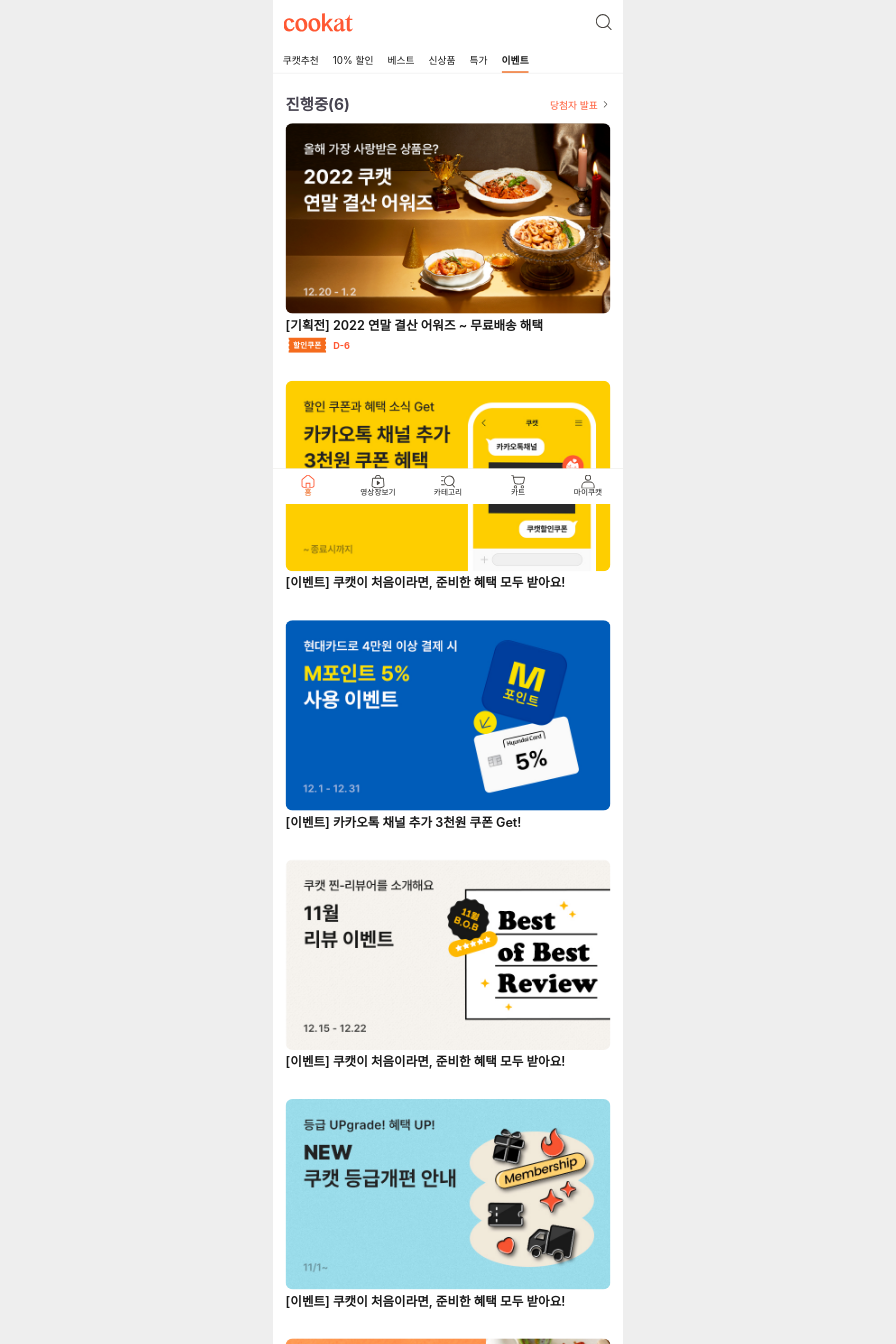
Repository: CooKat/Cookat
Page: event.html
An editor plug-in stored every save of this project. The page is shown before and after the next save, followed by the edit.
The browser window is 1280 px wide. The pictures show the part of the page from y = 0 to 1920 px (the page is 3103 px tall), at 70% of full size.
A picture or video elsewhere on the page could not be fetched, so the positions and the page height are approximate. Some web fonts or font styles are not loaded; a fallback is used.

Above is the page before, as saved 2022-12-27 21:12:17.
Not found: js/ex1.js

After the next save:
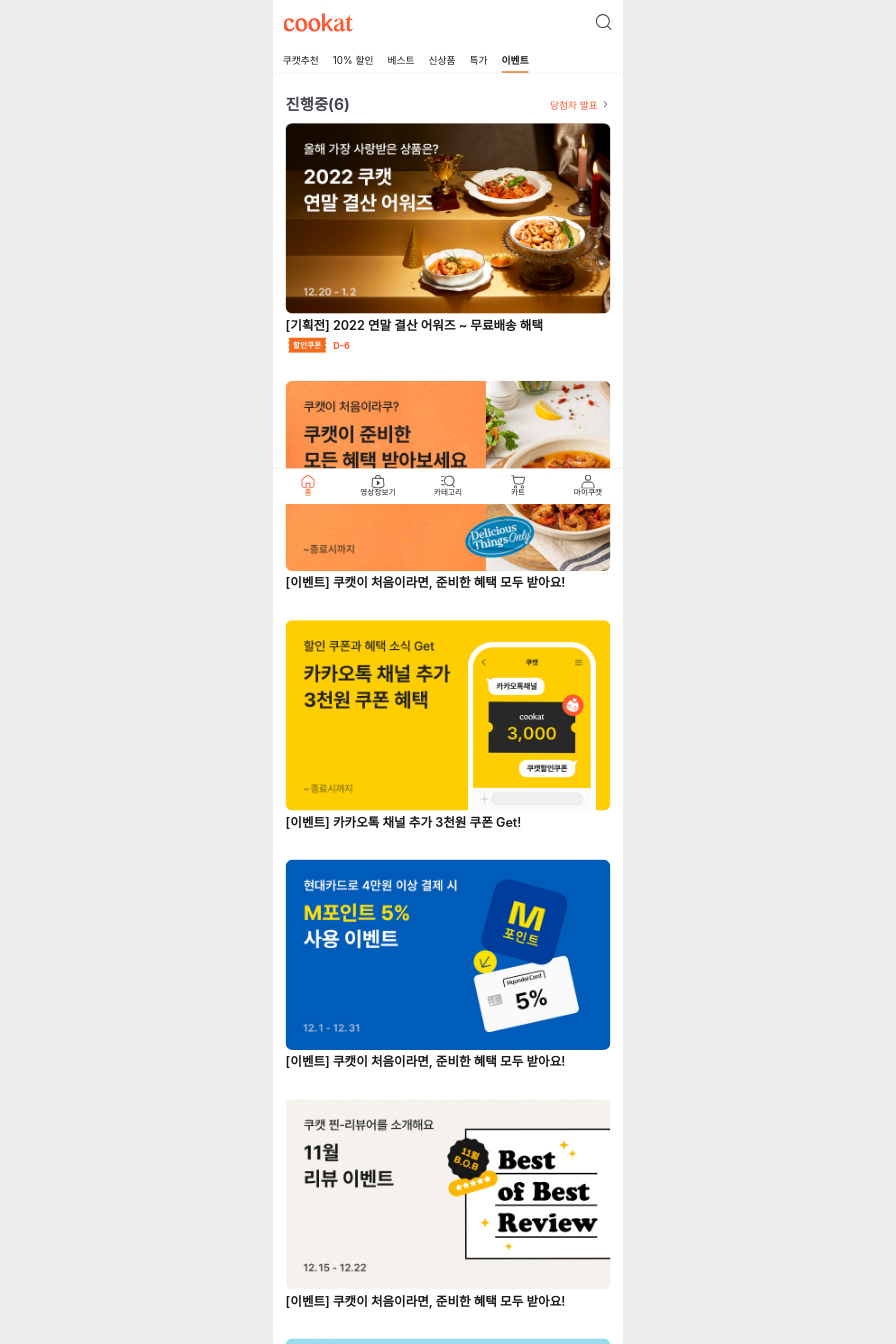
Saved 27 s later.
--- a/event.html
+++ b/event.html
@@ -75,15 +75,22 @@
 
           <div class="item-list">
             <div class="item-list-item">
+              <img src="./images/event2.jpg">
+              <h2 class="item-list-title">[이벤트] 쿠캣이 처음이라면, 준비한 혜택 모두 받아요!</h2>
+            </div>
+          </div>
+
+          <div class="item-list">
+            <div class="item-list-item">
               <img src="./images/event3.jpg">
-              <h2 class="item-list-title">[이벤트] 쿠캣이 처음이라면, 준비한 혜택 모두 받아요!</h2>
+              <h2 class="item-list-title">[이벤트] 카카오톡 채널 추가 3천원 쿠폰 Get!</h2>
             </div>
           </div>
 
           <div class="item-list">
             <div class="item-list-item">
               <img src="./images/event4.jpg">
-              <h2 class="item-list-title">[이벤트] 카카오톡 채널 추가 3천원 쿠폰 Get!</h2>
+              <h2 class="item-list-title">[이벤트] 쿠캣이 처음이라면, 준비한 혜택 모두 받아요!</h2>
             </div>
           </div>
 
@@ -97,13 +104,6 @@
           <div class="item-list">
             <div class="item-list-item">
               <img src="./images/event6.jpg">
-              <h2 class="item-list-title">[이벤트] 쿠캣이 처음이라면, 준비한 혜택 모두 받아요!</h2>
-            </div>
-          </div>
-
-          <div class="item-list">
-            <div class="item-list-item">
-              <img src="./images/event2.jpg">
               <h2 class="item-list-title">[이벤트] 쿠캣이 처음이라면, 준비한 혜택 모두 받아요!</h2>
             </div>
           </div>
